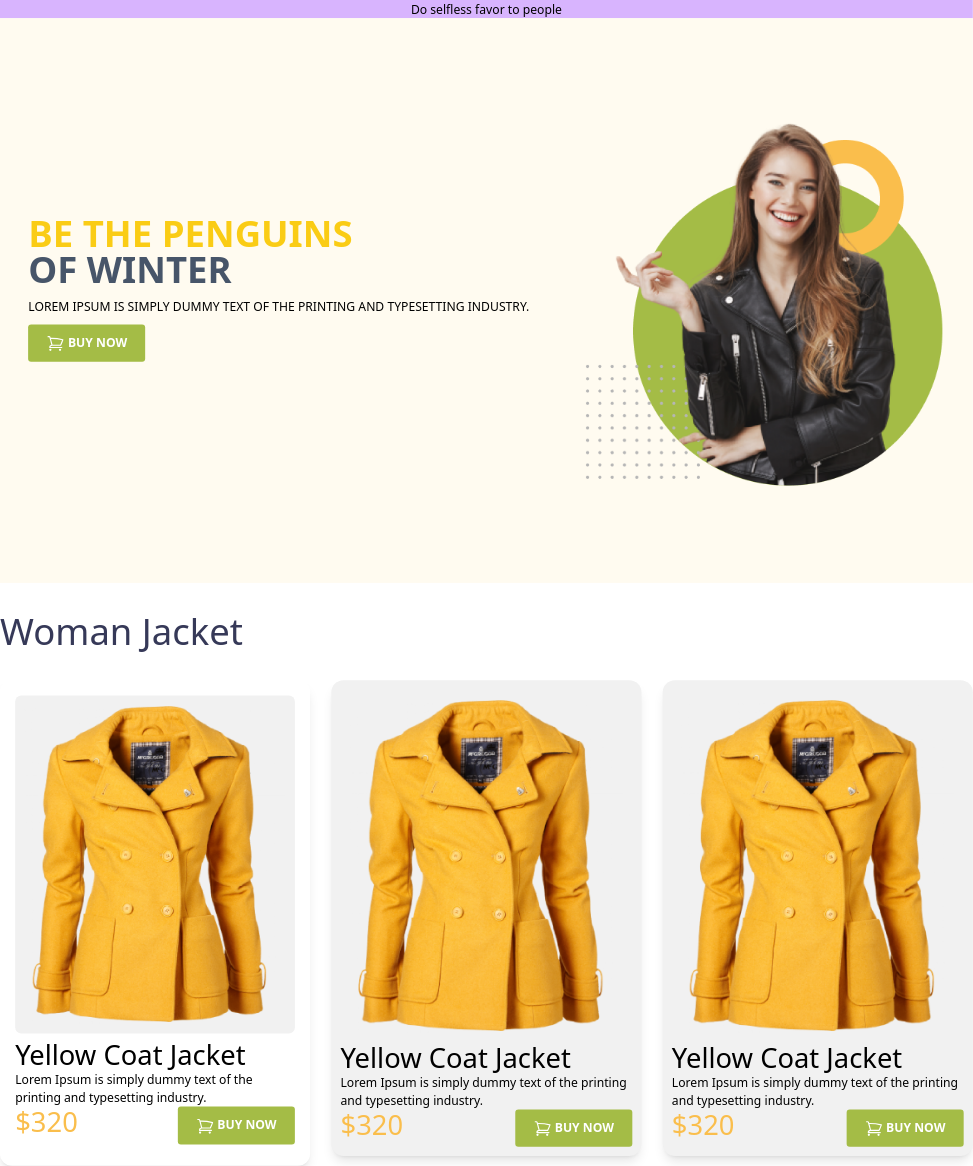
Repository: zjria/penguin-e-commerce-fashion
Page: index.html
An editor plug-in stored every save of this project. The page is shown before and after the next save, followed by the edit.
The browser window is 1280 px wide. The pictures show the whole page, at 76% of full size.
Some web libraries are served in a nearby version.

Above is the page before, as saved 2022-10-07 08:31:29.

After the next save:
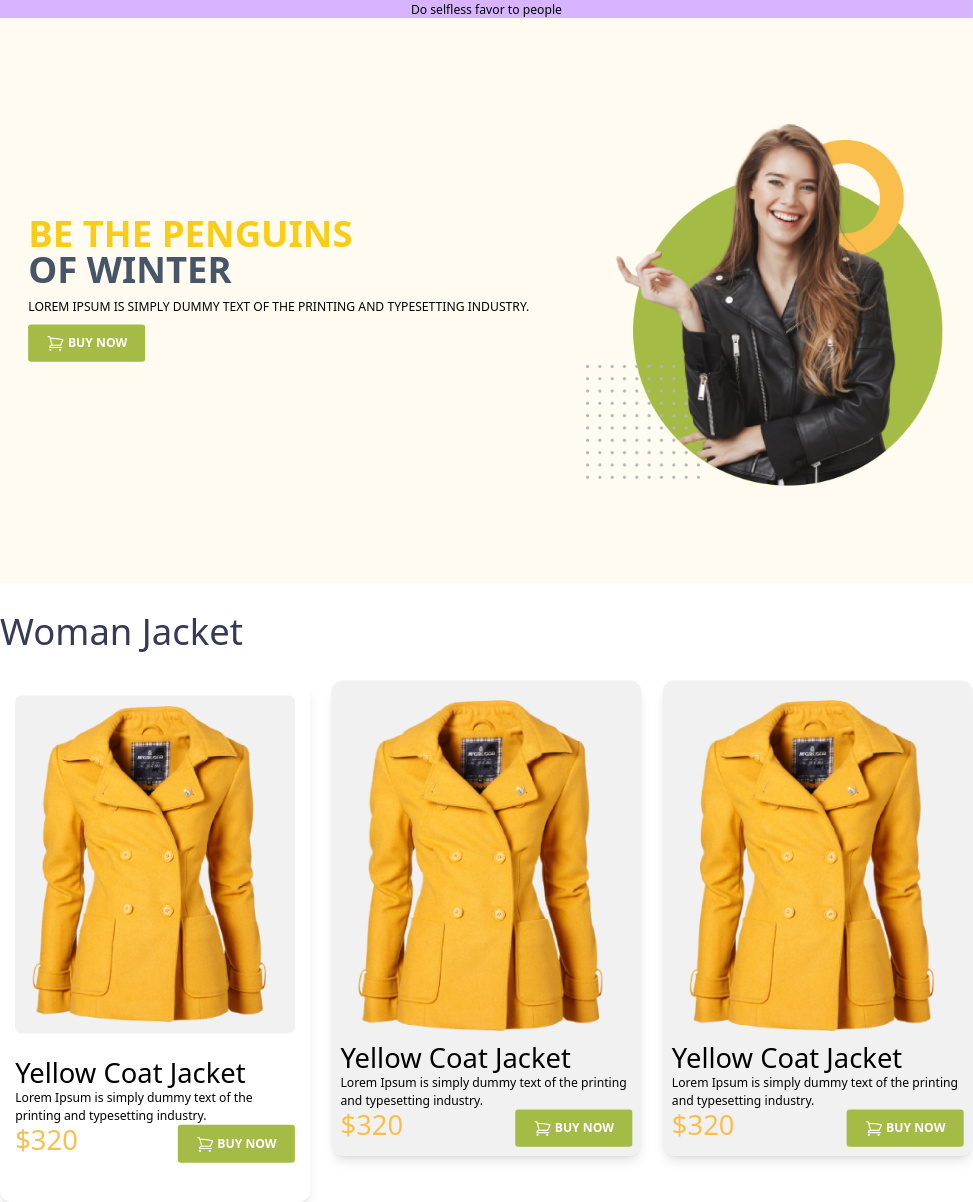
Saved 18 s later.
--- a/index.html
+++ b/index.html
@@ -70,7 +70,7 @@
                         <div class="p-3 bg-card_bg rounded-lg">
                             <img src="images/jacket-1.png" alt="">
                         </div>
-                        <div class="py-2">
+                        <div class="py-8">
                             <h3 class="text-4xl">Yellow Coat Jacket</h3>
                             <p>Lorem Ipsum is simply dummy text of the
                                 printing and typesetting industry.</p>
